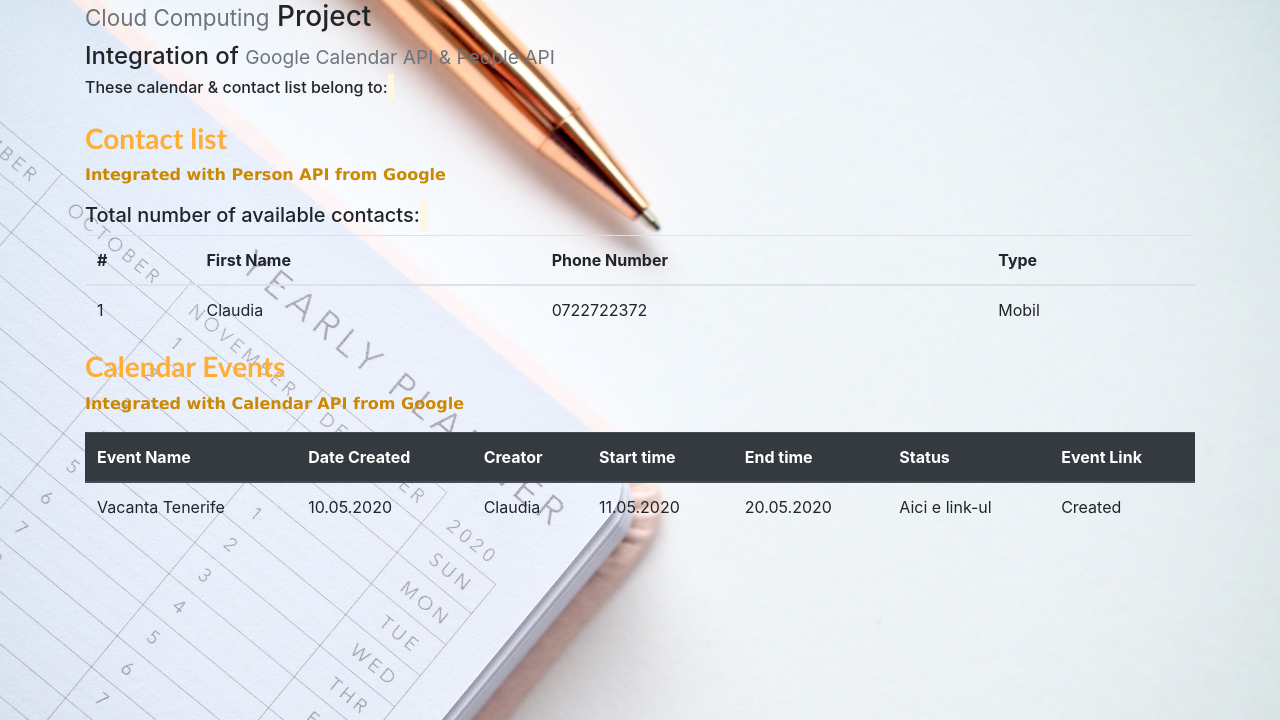
Repository: ClaudiaGheorghe97/cloudcomputing
Page: frontend1/index.html
The author's editor kept a record of every edit. The page is drawn from the files as they stood at one moment, then again after the next edit.
The browser window is 1280 px wide. The pictures show the whole page.

Above is the page before.

### frontend1/index.html
<!DOCTYPE html>
<html>
  <head>

    <!--Bootstrap -->
    <link rel="stylesheet" href="https://stackpath.bootstrapcdn.com/bootstrap/4.4.1/css/bootstrap.min.css" integrity="sha384-Vkoo8x4CGsO3+Hhxv8T/Q5PaXtkKtu6ug5TOeNV6gBiFeWPGFN9MuhOf23Q9Ifjh" crossorigin="anonymous" />
    <!--Bootstrap Scripts -->
    <script src="https://code.jquery.com/jquery-3.4.1.slim.min.js" integrity="sha384-J6qa4849blE2+poT4WnyKhv5vZF5SrPo0iEjwBvKU7imGFAV0wwj1yYfoRSJoZ+n" crossorigin="anonymous"></script>
    <script src="https://cdn.jsdelivr.net/npm/popper.js@1.16.0/dist/umd/popper.min.js" integrity="sha384-Q6E9RHvbIyZFJoft+2mJbHaEWldlvI9IOYy5n3zV9zzTtmI3UksdQRVvoxMfooAo" crossorigin="anonymous"></script>
    <script src="https://stackpath.bootstrapcdn.com/bootstrap/4.4.1/js/bootstrap.min.js" integrity="sha384-wfSDF2E50Y2D1uUdj0O3uMBJnjuUD4Ih7YwaYd1iqfktj0Uod8GCExl3Og8ifwB6" crossorigin="anonymous"></script>
    <link rel="stylesheet" type="text/css" href="index.css">
    <title>Project CC GCS</title>
    <meta charset="utf-8" />
    <script src="https://ajax.googleapis.com/ajax/libs/jquery/3.5.1/jquery.min.js"></script>
  </head>
 <style>
body {
  background-image: url('background1.jpg');
  background-repeat: no-repeat;
  background-attachment: fixed;
  background-size: cover;
}
</style>
  <div class = "container">

  <body>


    <h3>
    <small class="text-muted">Cloud Computing</small>
    Project
    </h3>
    <h4>
      Integration of
      <small class ="text-muted"> Google Calendar API & People API </small>
    </h4>
    <h6>These calendar & contact list belong to: <mark id="h5"></mark></h6>
    <!--Add buttons to initiate auth sequence and sign out-->
    <button id="authorize_button" style="display: none;">Authorize</button>
    <button id="signout_button" style="display: none;">Sign Out</button>

    <pre id="content" style="white-space: pre-wrap;"></pre>
    <h3 class="detail">Contact list</h3>
    <p class="apidetail"> Integrated with Person API from Google</p>
    <h5>Total number of available contacts:<mark id="contactnumber"></mark> </h5>

    <table id="tabelContacte" class="table">
        <thead class="table table-striped">
      <tr>
        <th>#</th>
        <th>First Name</th>
        <th>Phone Number</th>
        <th>Type</th>
      </tr>
      <tr>
        <td>1</td>
        <td>Claudia</td>
        <td>0722722372</td>
        <td>Mobil</td>
      </tr>
      </thead>
    </table>

    <h3 class="detail">Calendar Events</h3>
    <p class="apidetail"> Integrated with Calendar API from Google</p>


    <table id="tabel" class="table">
        <thead class="thead-dark">
      <tr>
        <th>Event Name</th>
        <th>Date Created</th>
        <th>Creator</th>
        <th>Start time</th>
        <th>End time</th>
        <th>Status</th>
        <th>Event Link</th>
      </tr>
      <tr>
        <td>Vacanta Tenerife</td>
        <td>10.05.2020</td>
        <td>Claudia</td>
        <td>11.05.2020</td>
        <td>20.05.2020</td>
        <td>Aici e link-ul</td>
        <td>Created</td>
      </tr>
      </thead>
    </table>

    <a id ="link">  </a>

    <script type="text/javascript">
      // Client ID and API key from the Developer Console
      var CLIENT_ID = '392338611851-mdkupajl9njdpfvvgv7q5v85nelq35pg.apps.googleusercontent.com';
      var API_KEY = 'AIzaSyDoV2S5z-5YXDKtrURunY0XpRwiKytx-N4';

      // Array of API discovery doc URLs for APIs used by the quickstart
      var DISCOVERY_DOCS = ["https://www.googleapis.com/discovery/v1/apis/calendar/v3/rest"];

      // Authorization scopes required by the API; multiple scopes can be
      // included, separated by spaces.
      var SCOPES = "https://www.googleapis.com/auth/calendar.readonly";


    // Second API
     // Client ID and API key from the Developer Console
      var CLIENT_ID1 = '392338611851-069rdkebjo635ca181ufr881pvcpmh2h.apps.googleusercontent.com';
      var API_KEY1 = 'AIzaSyDvBFEdc8CFMrrtExzjWlaxsr_0ShhdGFM';

      // Array of API discovery doc URLs for APIs used by the quickstart
      var DISCOVERY_DOCS1 = ["https://www.googleapis.com/discovery/v1/apis/people/v1/rest"];

      // Authorization scopes required by the API; multiple scopes can be
      // included, separated by spaces.
      var SCOPES1 = "https://www.googleapis.com/auth/contacts.readonly";
    //End Second API

      var authorizeButton = document.getElementById('authorize_button');
      var signoutButton = document.getElementById('signout_button');

      /**
       *  On load, called to load the auth2 library and API client library.
       */
      function handleClientLoad() {
        gapi.load('client:auth2', initClient);
      }


      //SECOND API

      function handleClientLoad1() {
        gapi.load('client:auth2', initClient1);
      }
      /**
       *  Initializes the API client library and sets up sign-in state
       *  listeners.
       */
      function initClient() {
        gapi.client.init({
          apiKey: API_KEY,
          clientId: CLIENT_ID,
          discoveryDocs: DISCOVERY_DOCS,
          scope: SCOPES
        }).then(function () {
          // Listen for sign-in state changes.
          gapi.auth2.getAuthInstance().isSignedIn.listen(updateSigninStatus);

          // Handle the initial sign-in state.
          updateSigninStatus(gapi.auth2.getAuthInstance().isSignedIn.get());
          authorizeButton.onclick = handleAuthClick;
          signoutButton.onclick = handleSignoutClick;
        }, function(error) {
          appendPre(JSON.stringify(error, null, 2));
        });
      }



      //SECOND API

      function initClient1() {
        gapi.client.init({
          apiKey: API_KEY1,
          clientId: CLIENT_ID1,
          discoveryDocs: DISCOVERY_DOCS1,
          scope: SCOPES1
        }).then(function () {
          // Listen for sign-in state changes.
          gapi.auth2.getAuthInstance().isSignedIn.listen(updateSigninStatus);

          // Handle the initial sign-in state.
          updateSigninStatus(gapi.auth2.getAuthInstance().isSignedIn.get());
          authorizeButton.onclick = handleAuthClick;
          signoutButton.onclick = handleSignoutClick;
        }, function(error) {
          appendPre(JSON.stringify(error, null, 2));
        });
      }





      /**
       *  Called when the signed in status changes, to update the UI
       *  appropriately. After a sign-in, the API is called.
       */
      function updateSigninStatus(isSignedIn) {
        if (isSignedIn) {
          authorizeButton.style.display = 'none';
          signoutButton.style.display = 'block';
          listUpcomingEvents();
          listConnectionNames();
        } else {
          authorizeButton.style.display = 'block';
          signoutButton.style.display = 'none';

        }
      }

      /**
       *  Sign in the user upon button click.
       */
      function handleAuthClick(event) {
        gapi.auth2.getAuthInstance().signIn();
      }

      /**
       *  Sign out the user upon button click.
       */
      function handleSignoutClick(event) {
        gapi.auth2.getAuthInstance().signOut();
      }

      /**
       * Append a pre element to the body containing the given message
       * as its text node. Used to display the results of the API call.
       *
       * @param {string} message Text to be placed in pre element.
       */
      function appendPre(message) {
        var pre = document.getElementById('content');
        var textContent = document.createTextNode(message + '\n');
        pre.appendChild(textContent);
      }

      /**
       * Print the summary and start datetime/date of the next ten events in
       * the authorized user's calendar. If no events are found an
       * appropriate message is printed.
       */

      function listUpcomingEvents() {
        gapi.client.calendar.events.list({
          'calendarId': 'primary',
          'timeMin': (new Date()).toISOString(),
          'showDeleted': false,
          'singleEvents': true,
          'maxResults': 10,
          'orderBy': 'startTime'
        }).then(function(response) {
          console.log(response);
          var events = response.result.items;


          if (events.length > 0) {
            for (i = 0; i < events.length; i++) {
              var event = events[i];
              var when = event.start.dateTime;
              if (!when) {
                when = event.start.date;
              }
              $('#tabel tr:last').after('<tr><td><b>'+event.summary+'</b></td><td>'+event.created+'</td><td>'+event.creator.email+'</td><td>'+event.start.dateTime+'</td><td>'+event.end.dateTime+'</td><td>'+event.status+'</td><td><a href="'+event.htmlLink+'">link</a></td></tr>');
              $("#h1").html('Calendarul utilizatorului cu adresa: ' + event.creator.email);
              $("#link").attr("href", event.htmlLink);
              $("#h5").html(event.creator.email);


            }
          } else {
            appendPre('No upcoming events found.');
          }
        });
      }
      function startest(){
        handleClientLoad1();
        handleClientLoad();
      }

      function listConnectionNames() {
        gapi.client.people.people.connections.list({
           'resourceName': 'people/me',
           'pageSize': 10,
           'personFields': 'names,emailAddresses,phoneNumbers',
         }).then(function(response) {
           console.log(response);
           var connections = response.result.connections;
            if (connections.length > 0) {
             for (i = 0; i < connections.length; i++) {
               var person = connections[i];
               if (person.names && person.names.length > 0) {
                 //appendPre(person.names[0].displayName);
               }

               else {
                 appendPre("No display name found for connection.");
               }

               $('#tabelContacte tr:last').after('<tr><td>'+i+'</td><td><b>'+person.names[0].givenName+'</b></td><td>'+person.phoneNumbers[0].canonicalForm+'</td><td>'+person.phoneNumbers[0].type+'</td></tr>');
               $("#contactnumber").html(response.result.totalPeople);

             }
           } else {
             appendPre('No connections found.');
           }
         });
      }

    </script>

    <script async defer src="https://apis.google.com/js/api.js"
      onload="this.onload=function(){};startest()"
      onreadystatechange="if (this.readyState === 'complete') this.onload()">
    </script>
    </body>
  </div>
</html>

### frontend1/index.css
h3.detail { color:#ffad33;font-weight:bold;font-family:Calibri;font-size:25 }
p.apidetail{color:#cc8800;font-weight: bold; font-family: Verdana; font-size:15}
p.calendarevents { color:#ffad33;font-weight:bold;font-family:Calibri;font-size:25 }

After the next edit:
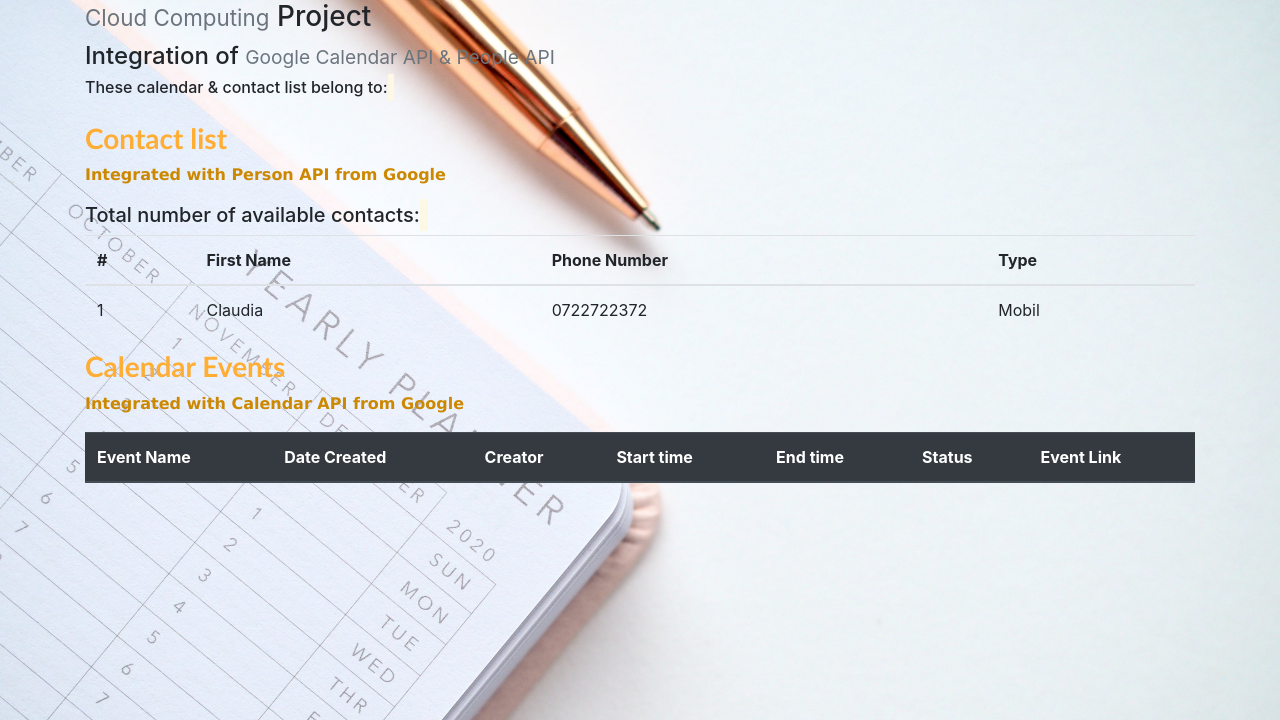
The edit:
--- a/frontend1/index.html
+++ b/frontend1/index.html
@@ -76,15 +76,6 @@
         <th>Status</th>
         <th>Event Link</th>
       </tr>
-      <tr>
-        <td>Vacanta Tenerife</td>
-        <td>10.05.2020</td>
-        <td>Claudia</td>
-        <td>11.05.2020</td>
-        <td>20.05.2020</td>
-        <td>Aici e link-ul</td>
-        <td>Created</td>
-      </tr>
       </thead>
     </table>
 
